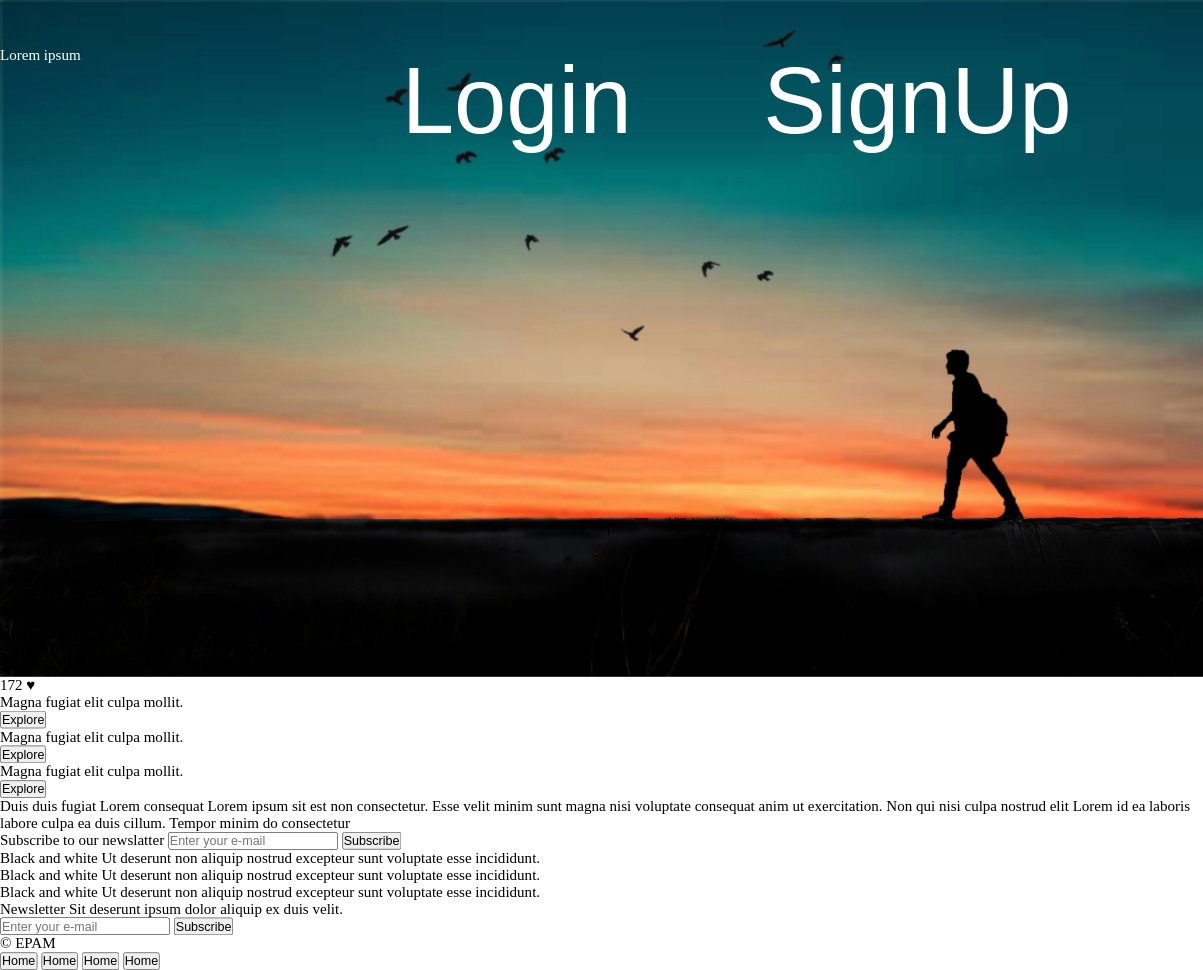
Repository: M1shkaBear/FLX
Page: FLX_homework_4/homework/index.html
An editor plug-in stored every save of this project. The page is shown before and after the next save, followed by the edit.
The browser window is 1280 px wide. The pictures show the whole page, at 94% of full size.

Above is the page before, as saved 2019-01-29 04:43:24.

After the next save:
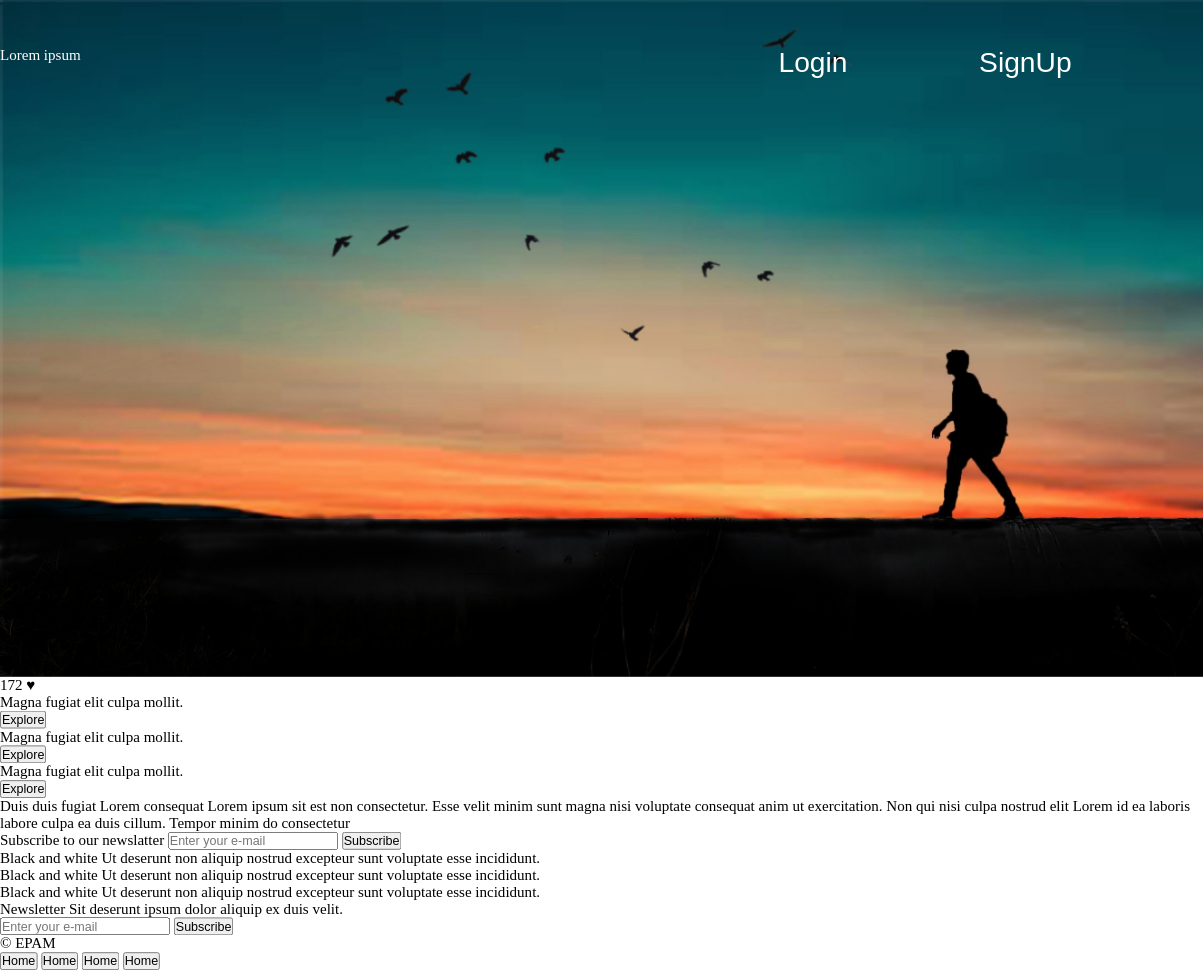
Saved 12 s later.
--- a/FLX_homework_4/homework/css/style.css
+++ b/FLX_homework_4/homework/css/style.css
@@ -19,7 +19,7 @@
   cursor: pointer;
   justify-content: space-between;
   margin-right: 140px;
-  font-size: 100px;
+  font-size: 30px;
 }
 .logbuttons {
   display: flex;
